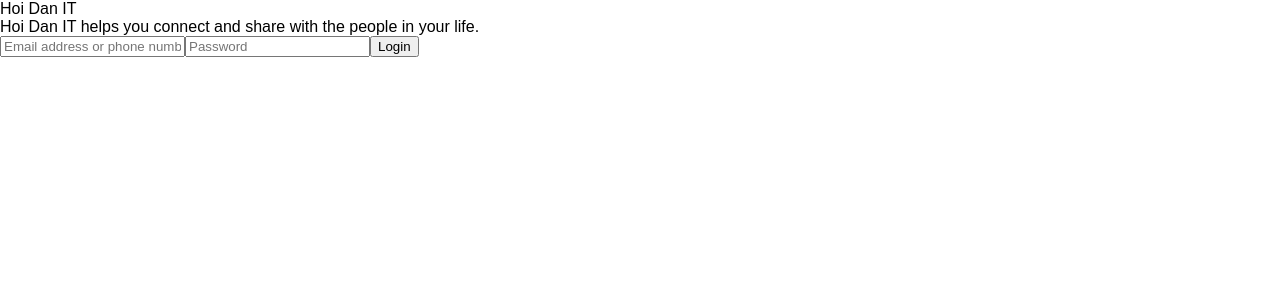
Repository: minhtien9/jwt_Reactjs_Frontend
Page: /login
These files come from the project's save history. The page is drawn as it stood at one moment and after the next save; the edit follows.
The browser window is 1280 px wide. The pictures show the whole page.
The project was rebuilt for these pictures with package versions that can differ from the ones it lists, and the page was loaded fresh each time. Also part of the build but not shown: src/App.scss, src/components/Navigation/Nav.js.

Above is the page before, as saved 2022-05-22 22:54:41.

After the next save:
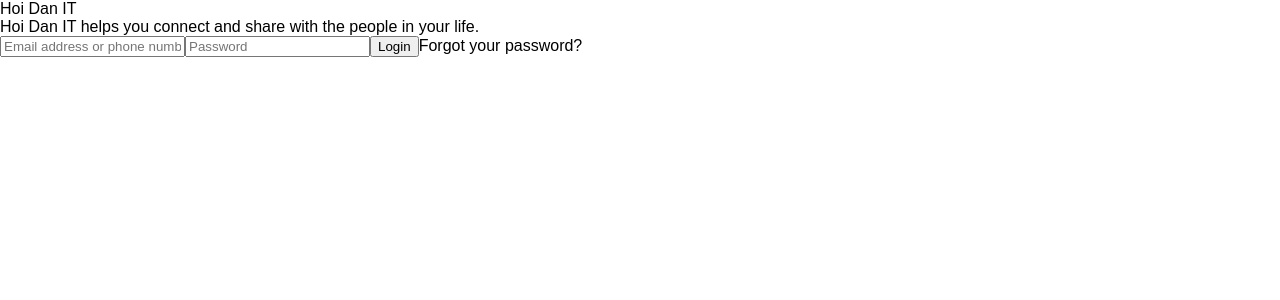
Saved 20 s later.
--- a/src/components/Login/Login.js
+++ b/src/components/Login/Login.js
@@ -24,6 +24,7 @@ const Login = (props) => {
                             placeholder='Password'
                         />
                         <button className='btn btn-primary'>Login</button>
+                        <span>Forgot your password?</span>
                     </div>
                 </div>
             </div>
